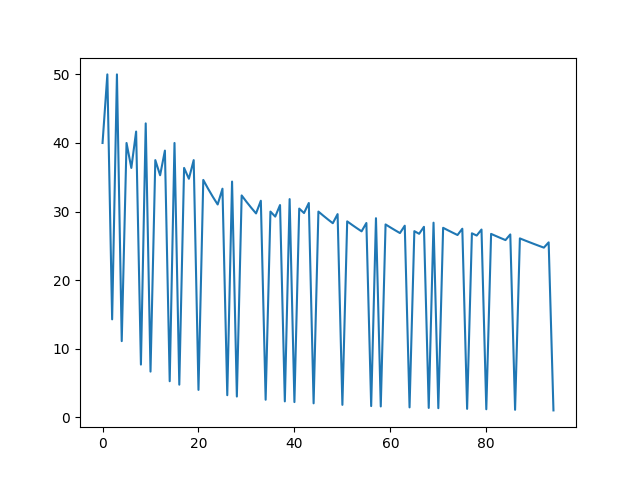
Repository: Vorztek/Data
Script's output: python Exercices_Python/Old_project/Maths_and_algorithms/Première_série_exo/génération_nombre_premiers.py
The author's editor kept a copy of each file at every save. The script's output is drawn from the files as they stood at one save, then again after the next save.
Random numbers start from a fixed seed.

Above is the script's output before, as saved 2021-07-28 16:05:01.

### Exercices_Python/Old_project/Maths_and_algorithms/Première_série_exo/génération_nombre_premiers.py
import matplotlib.pyplot as plt

def is_prime(p):
    if p < 2:
        return False
    for j in range(2, p):
        if p % j == 0:
            return False
    else:
        return True

meoisation = []
def number_of_prime(n):
    compte = 0
    # Pour chaque élement compris dans la liste de chaque élement de l'intervalle
    if n - 2 in meoisation:
        print("NEZOFLIUC")
        compte += 1
        pourcent = ((compte / n) *100)
        return pourcent

    else:
        for i in range(2, n):
            if is_prime(i) is True:
                compte += 1
                if i not in meoisation:
                    meoisation.append(i)
        pourcent = ((compte / n) *100)
        print(meoisation)
        return pourcent

    # Print("Entre 1 et {} il y a {} nombres premier".format(valeur, compte))

def courbe():
    #valeur = int(input("Quelle est la valeur maximale souhaitée : "))
    liste1 = [number_of_prime(n) for n in range(5, 100)]
    return liste1

plt.plot(courbe())
plt.show()

After the next save:
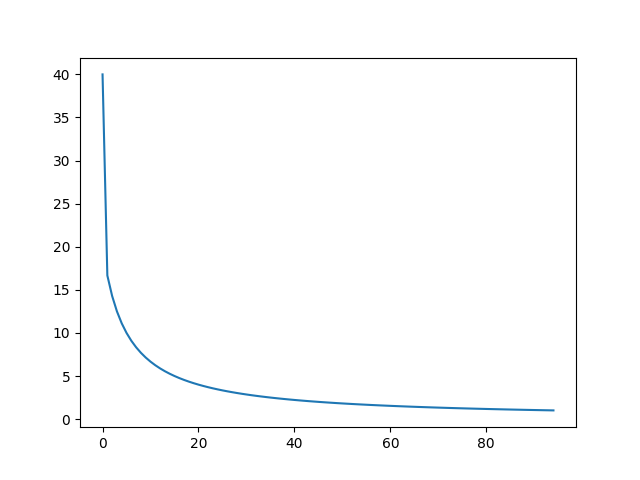
Saved 117 s later.
--- a/Exercices_Python/Old_project/Maths_and_algorithms/Première_série_exo/génération_nombre_premiers.py
+++ b/Exercices_Python/Old_project/Maths_and_algorithms/Première_série_exo/génération_nombre_premiers.py
@@ -13,11 +13,12 @@
 def number_of_prime(n):
     compte = 0
     # Pour chaque élement compris dans la liste de chaque élement de l'intervalle
-    if n - 2 in meoisation:
-        print("NEZOFLIUC")
-        compte += 1
-        pourcent = ((compte / n) *100)
-        return pourcent
+    for i in range(n):
+        if i in meoisation:
+            print("NEZOFLIUC")
+            compte += 1
+            pourcent = ((compte / n) *100)
+            return pourcent
 
     else:
         for i in range(2, n):

After the save that followed:
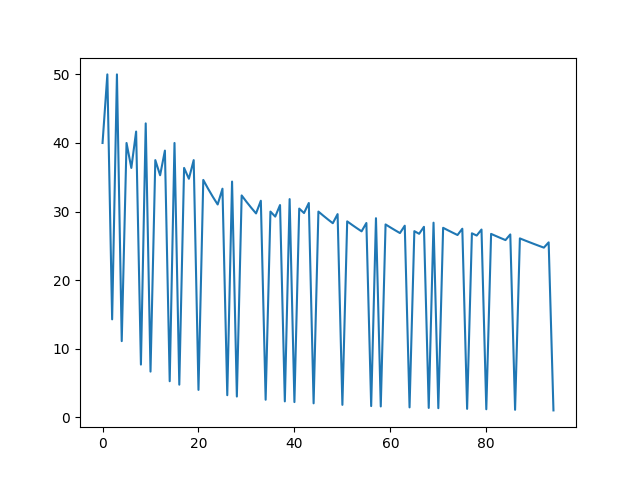
Saved 43 s later.
--- a/Exercices_Python/Old_project/Maths_and_algorithms/Première_série_exo/génération_nombre_premiers.py
+++ b/Exercices_Python/Old_project/Maths_and_algorithms/Première_série_exo/génération_nombre_premiers.py
@@ -13,12 +13,11 @@
 def number_of_prime(n):
     compte = 0
     # Pour chaque élement compris dans la liste de chaque élement de l'intervalle
-    for i in range(n):
-        if i in meoisation:
-            print("NEZOFLIUC")
-            compte += 1
-            pourcent = ((compte / n) *100)
-            return pourcent
+    if n - 2 in meoisation:
+        print("NEZOFLIUC")
+        compte += 1
+        pourcent = ((compte / n) *100)
+        return pourcent
 
     else:
         for i in range(2, n):
